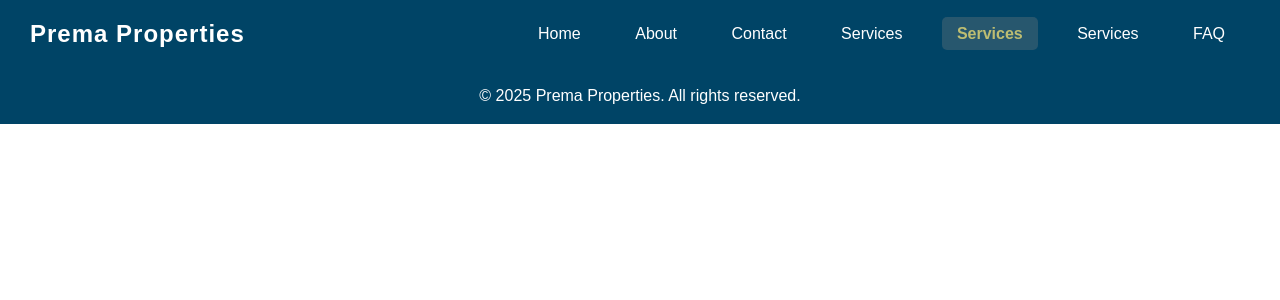
Repository: mnqobiMenzi/Prema-Properties
Page: quote.html
An editor plug-in stored every save of this project. The page is shown before and after a run of saves, followed by the edit.
The browser window is 1280 px wide. The pictures show the whole page.

Above is the page before, as saved 2025-10-04 09:06:28.

After the next 2 saves:
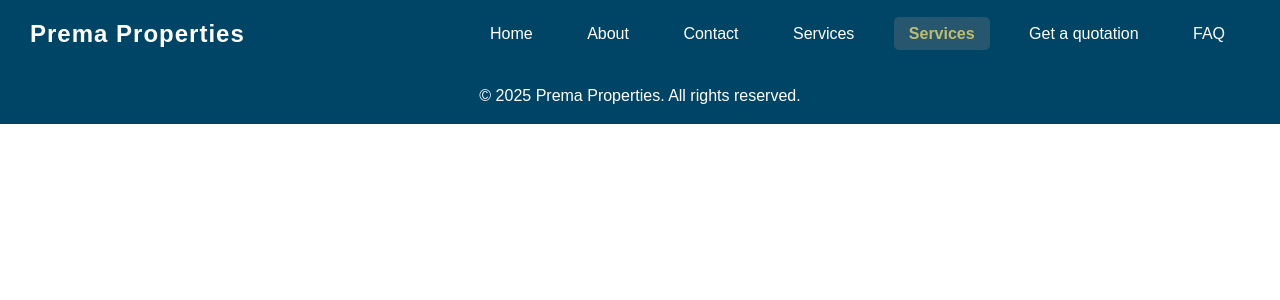
The 2 saves are shown as one change because they came seconds apart.
The last was saved 8 s later.
--- a/quote.html
+++ b/quote.html
@@ -17,7 +17,7 @@
       <a href="contact-us.html">Contact</a>
       <a href="services.html">Services</a>
       <a href="appointment.html" class="active">Services</a>
-      <a href="#quote">Services</a>
+      <a href="#quote">Get a quotation</a>
       <a href="FAQ.html">FAQ</a>
     </nav>
   </header>
